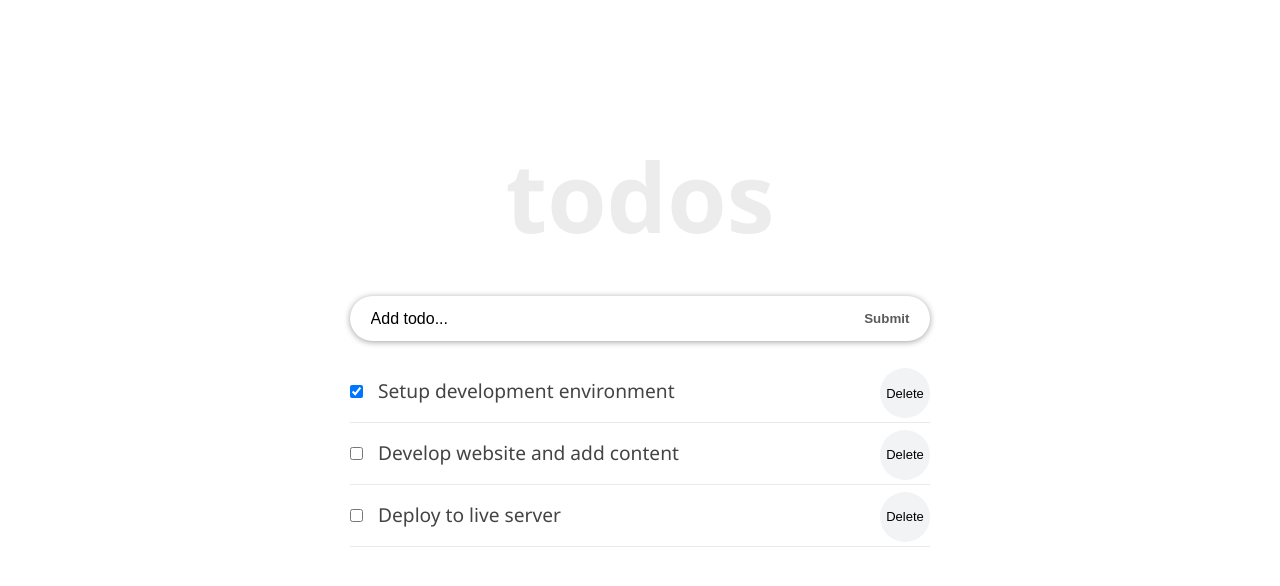
Repository: kennedyowusu/react-todo-app
Page: /
The author's editor kept a copy of each file at every save. The page is drawn from the files as they stood at one save, then again after the next save.
The browser window is 1280 px wide. The pictures show the whole page.
The project was rebuilt for these pictures with package versions that can differ from the ones it lists, and the page was loaded fresh each time.

Above is the page before, as saved 2023-01-16 13:39:34.

After the next save:
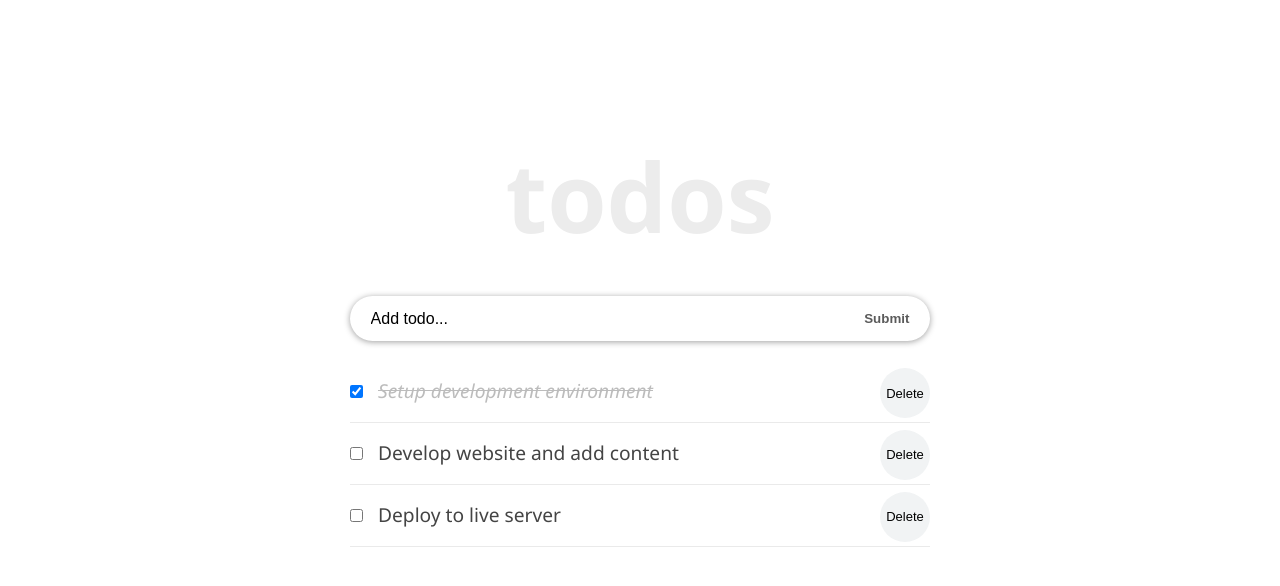
Saved 33 s later.
--- a/src/components/TodoItem.js
+++ b/src/components/TodoItem.js
@@ -22,7 +22,9 @@ class TodoItem extends React.Component {
        <button onClick={() => this.props.deleteTodoProps(this.props.todo.id)}>
          Delete
        </button>
-       {this.props.todo.title}
+       <span style={this.props.todo.completed ? completedStyle : null}>
+         {this.props.todo.title}
+       </span>
      </li>
    )
   }
